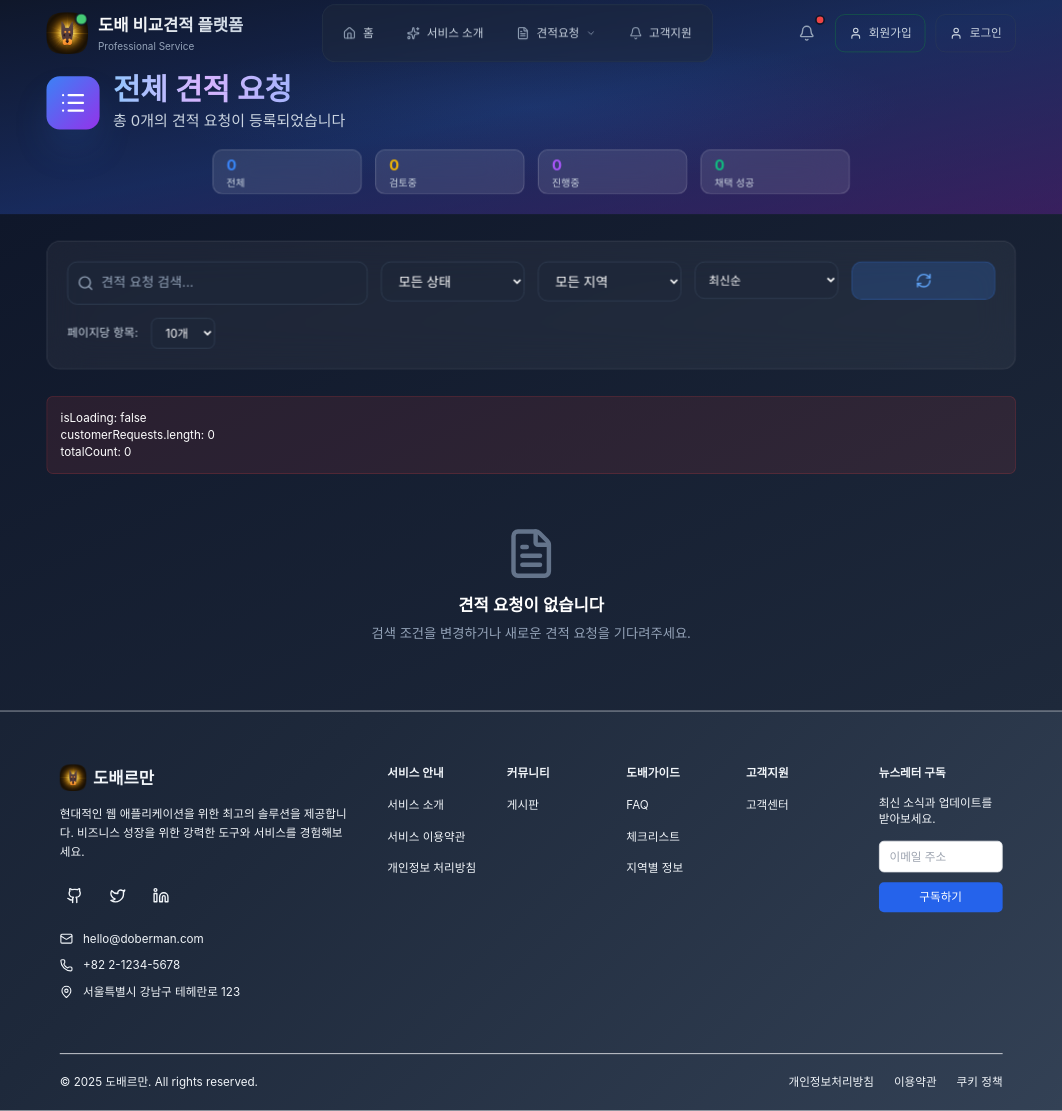
Repository: rambozzang/doberman_nextjs
Page: /quote-request/list
An editor plug-in stored every save of this project. The page is shown before and after the next save, followed by the edit.
The browser window is 1280 px wide. The pictures show the whole page, at 83% of full size.
The page's requests for data from a server got no answer. The project was rebuilt for these pictures with package versions that can differ from the ones it lists, and the page was loaded fresh each time. The framework's server and built-in components were replaced by stand-ins that run in the browser. No one was signed in, and anything a server would have sent is missing. Also part of the build but not shown: next.config.mjs, next.config.ts, src/components/LoginModal.tsx, src/components/RegisterModal.tsx.

Above is the page before, as saved 2025-06-24 21:26:15.

After the next save:
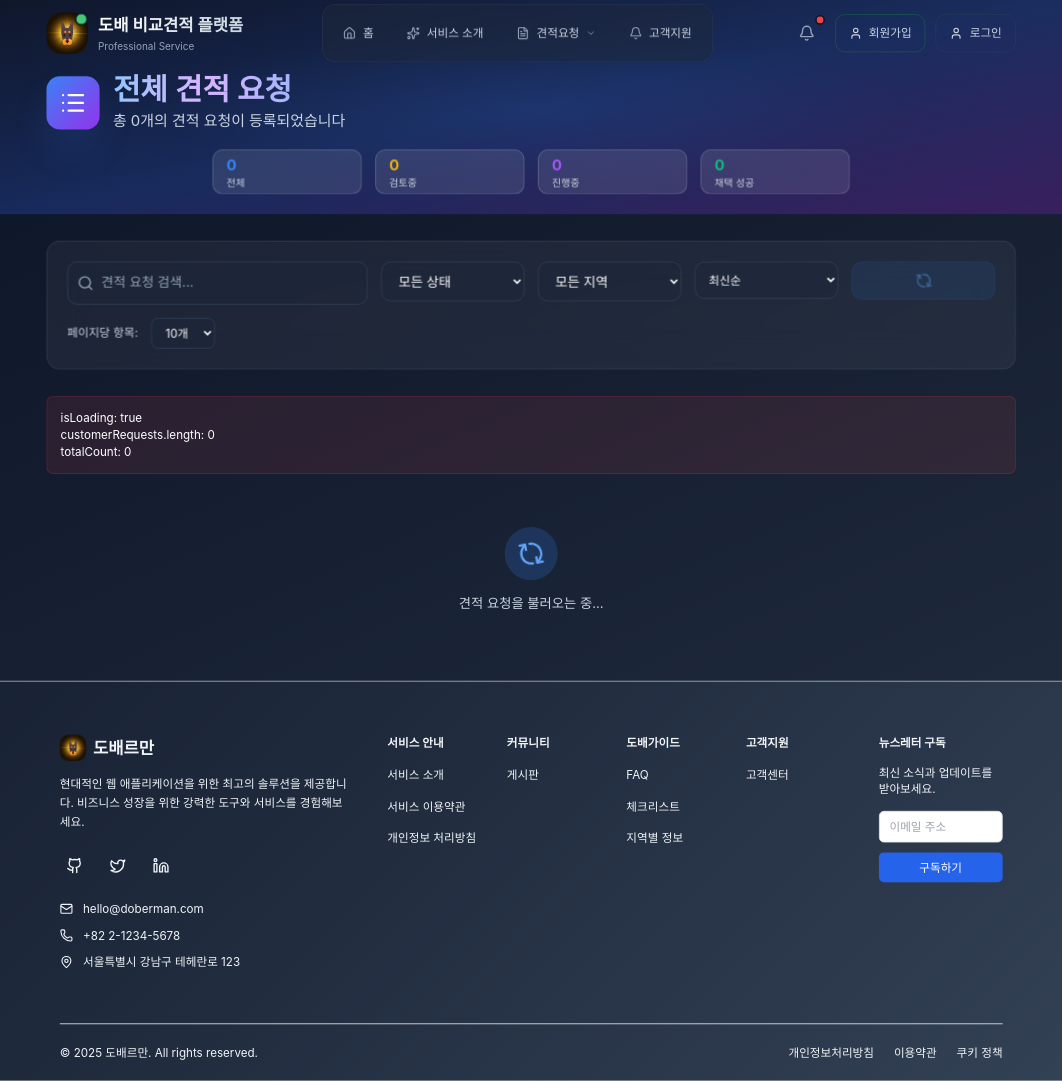
Saved 10 s later.
--- a/src/app/quote-request/list/page.tsx
+++ b/src/app/quote-request/list/page.tsx
@@ -183,24 +183,6 @@ export default function QuoteRequestListPage() {
     }
   }, []);
 
-  // 검색/필터/정렬 변경 시 데이터 다시 로딩 (디바운싱)
-  useEffect(() => {
-    if (isInitialMount.current) {
-      isInitialMount.current = false;
-      console.log("초기 데이터 로딩 시작");
-      loadCustomerRequests(0, pageSize, searchTerm, statusFilter, regionFilter, sortBy, sortOrder);
-      return;
-    }
-
-    const timeoutId = setTimeout(() => {
-      console.log("필터 변경으로 인한 데이터 로딩");
-      loadCustomerRequests(0, pageSize, searchTerm, statusFilter, regionFilter, sortBy, sortOrder);
-      setCurrentPage(0);
-    }, 500);
-
-    return () => clearTimeout(timeoutId);
-  }, [searchTerm, statusFilter, regionFilter, sortBy, sortOrder, pageSize, loadCustomerRequests]);
-
   // 페이지 변경
   const handlePageChange = (newPage: number) => {
     if (newPage >= 0 && newPage < totalPages && newPage !== currentPage) {
